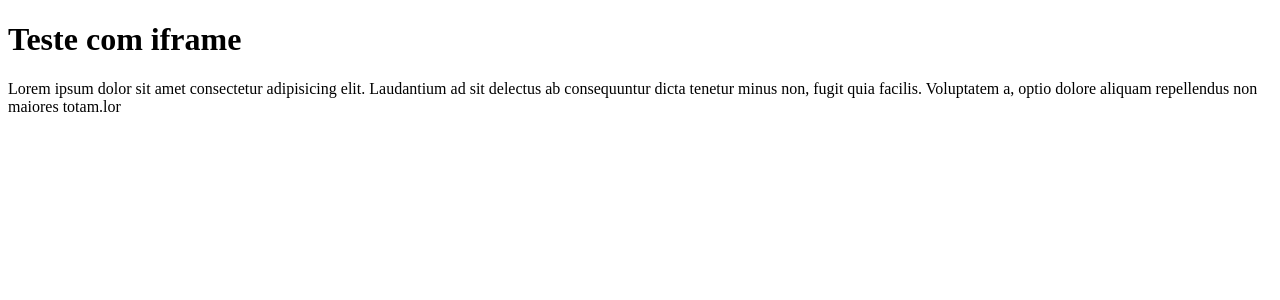
Repository: Leonngc/html-css
Page: ex024/iframe002.html
These files come from the project's save history. The page is drawn as it stood at one moment and after a run of saves; the edit follows.
The browser window is 1280 px wide. The pictures show the whole page.

Above is the page before, as saved 2022-11-15 18:15:33.

After the next 3 saves:
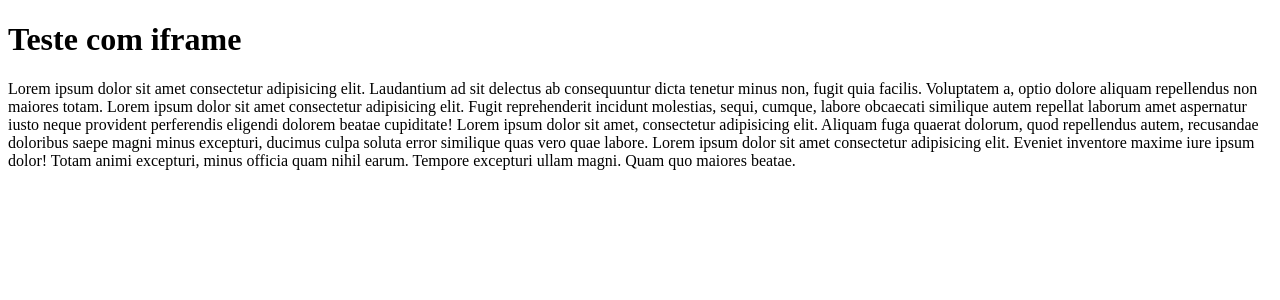
The 3 saves are shown as one change because they came seconds apart.
The last was saved 10 s later.
--- a/ex024/iframe002.html
+++ b/ex024/iframe002.html
@@ -8,6 +8,6 @@
 </head>
 <body>
     <h1>Teste com iframe</h1>
-    <p>Lorem ipsum dolor sit amet consectetur adipisicing elit. Laudantium ad sit delectus ab consequuntur dicta tenetur minus non, fugit quia facilis. Voluptatem a, optio dolore aliquam repellendus non maiores totam.lor</p>
+    <p>Lorem ipsum dolor sit amet consectetur adipisicing elit. Laudantium ad sit delectus ab consequuntur dicta tenetur minus non, fugit quia facilis. Voluptatem a, optio dolore aliquam repellendus non maiores totam. Lorem ipsum dolor sit amet consectetur adipisicing elit. Fugit reprehenderit incidunt molestias, sequi, cumque, labore obcaecati similique autem repellat laborum amet aspernatur iusto neque provident perferendis eligendi dolorem beatae cupiditate! Lorem ipsum dolor sit amet, consectetur adipisicing elit. Aliquam fuga quaerat dolorum, quod repellendus autem, recusandae doloribus saepe magni minus excepturi, ducimus culpa soluta error similique quas vero quae labore. Lorem ipsum dolor sit amet consectetur adipisicing elit. Eveniet inventore maxime iure ipsum dolor! Totam animi excepturi, minus officia quam nihil earum. Tempore excepturi ullam magni. Quam quo maiores beatae.</p>
 </body>
 </html>
